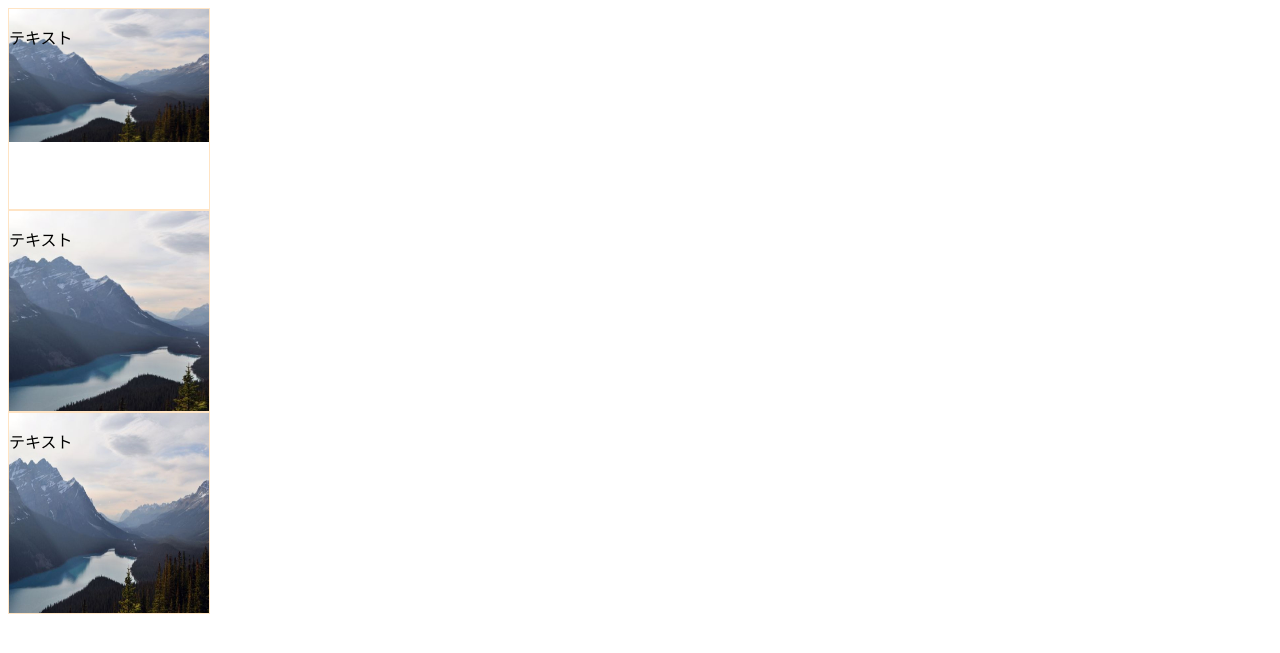
Repository: Jutta197/frontend726
Page: css_ex/bg_image/index.html
The author's editor kept a copy of each file at every save. The page is drawn from the files as they stood at one save, then again after the next save.
The browser window is 1280 px wide. The pictures show the whole page.

Above is the page before, as saved 2023-07-28 14:16:55.

### css_ex/bg_image/index.html
<!DOCTYPE html>
<html lang="en">

<head>
    <meta charset="UTF-8">
    <meta name="viewport" content="width=device-width, initial-scale=1.0">
    <title>Document</title>
    <link rel="stylesheet" href="style.css">
</head>

<body>
    <div id="a">
        <p>テキスト</p>
    </div>
    <div id="b">
        <p>テキスト</p>
    </div>
    <div id="c">
        <p>テキスト</p>
    </div>

</body>

</html>

### css_ex/bg_image/style.css
div {
    height: 200px;
    width: 200px;
    border: 1px solid bisque;
}

#a {
    background-image: url(mountains.jpg);
    background-size: contain;
    background-repeat: no-repeat;
}

#b {
    background-image: url(mountains.jpg);
    background-size: cover;
}

#c {
    background-image: url(mountains.jpg);
    background-size: 100% 100%;
}

After the next save:
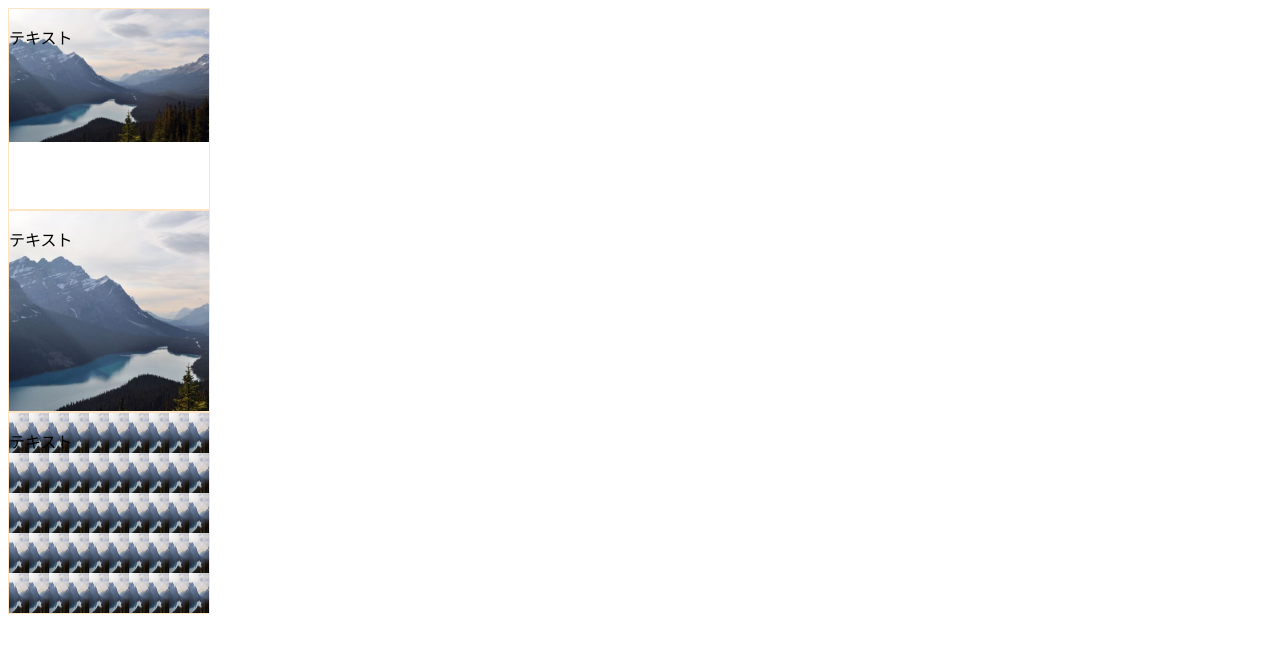
Saved 2 min 5 s later.
--- a/css_ex/bg_image/style.css
+++ b/css_ex/bg_image/style.css
@@ -17,5 +17,6 @@
 
 #c {
     background-image: url(mountains.jpg);
-    background-size: 100% 100%;
+    /* background-size: 100% 100%; */
+    background-size: 10% 20%;
 }
